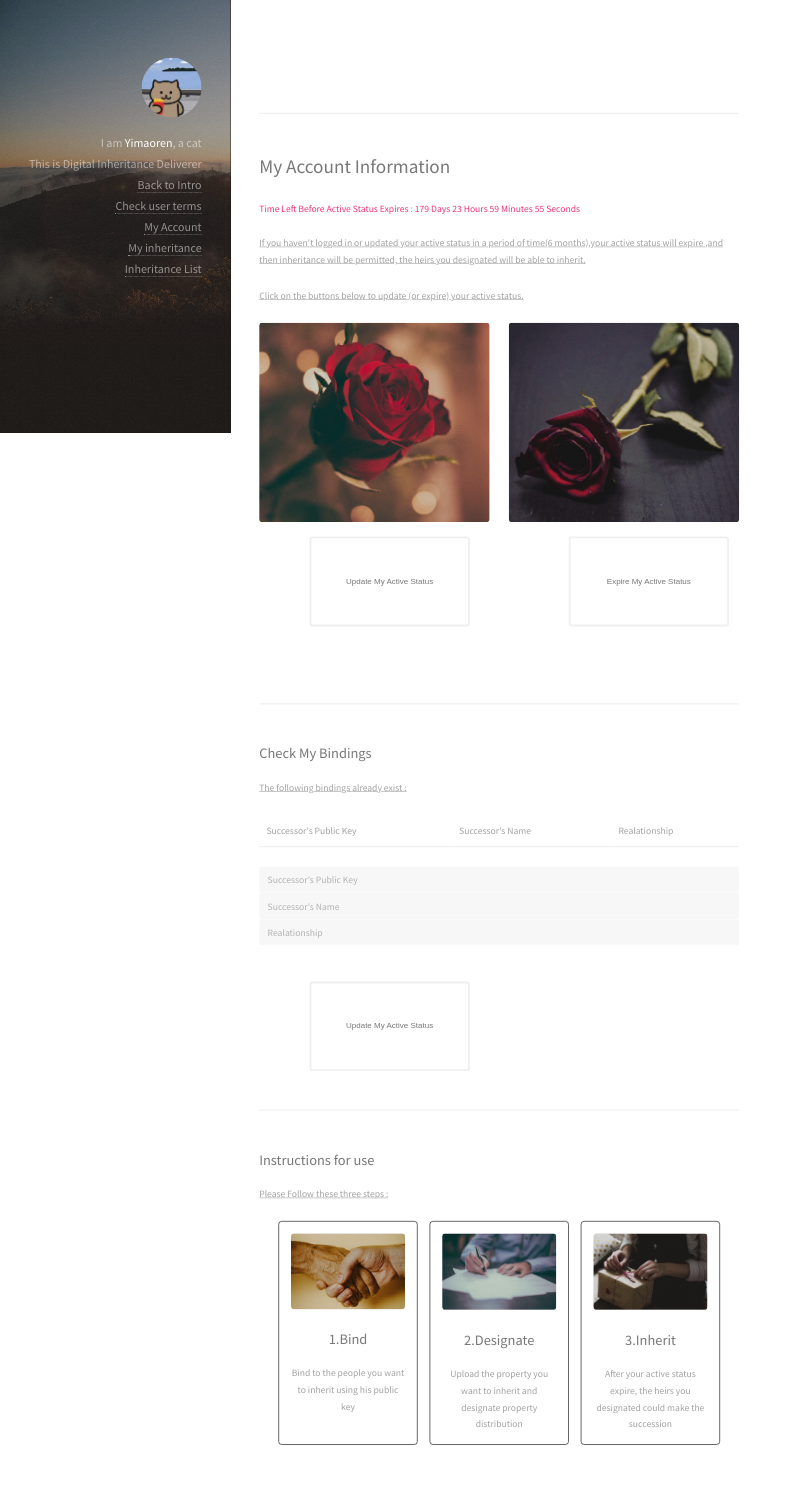
Repository: 1mocat/DID-blockchain-project
Page: Digital_I_D/app/src/myaccount.html
An editor plug-in stored every save of this project. The page is shown before and after the next save, followed by the edit.
The browser window is 1280 px wide. The page is 1315 px wide, so the pictures cover 1315 px, including what lies to the right of the window. The pictures show the whole page, at 60% of full size.

Above is the page before, as saved 2023-10-03 12:56:14.

After the next save:
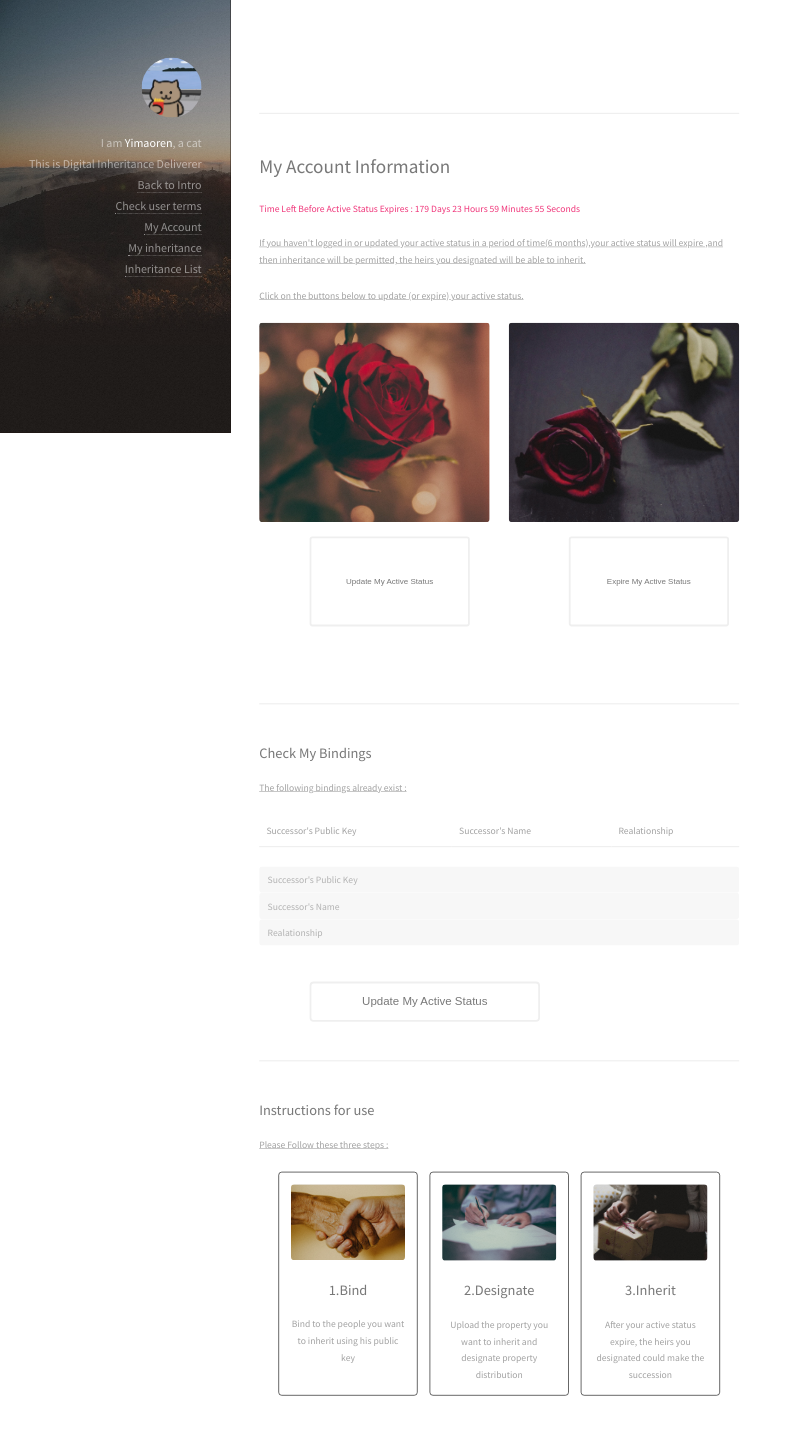
Saved 76 s later.
--- a/Digital_I_D/app/src/myaccount.html
+++ b/Digital_I_D/app/src/myaccount.html
@@ -161,7 +161,7 @@
 
 				</form>
 				<ul class="actions">
-					<button onclick="" class="button custom-button-left" >Update My Active Status</button>
+					<button onclick="" class="button custom-button-left" style="font-size: 1.2em; height: 3.5em;">Update My Active Status</button>
 
 				</ul>
 
